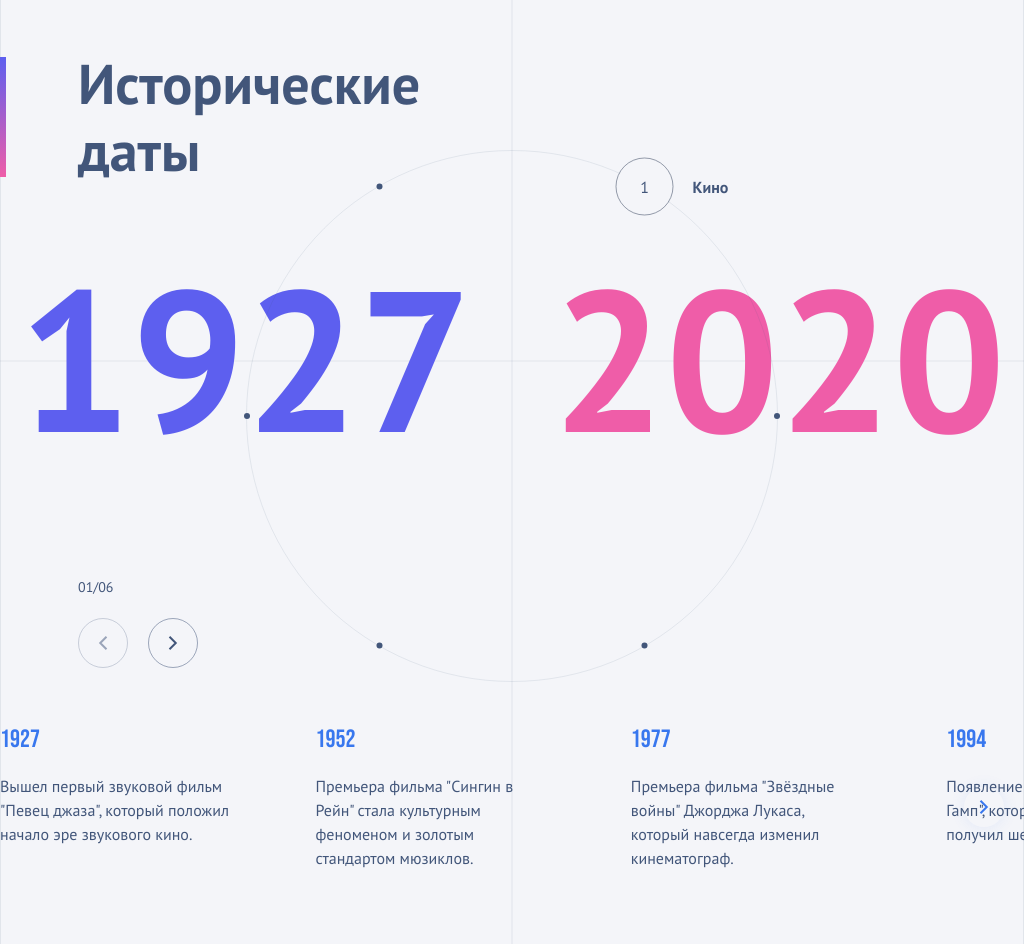
Repository: LenarTulupov/only
Page: /
An editor plug-in stored every save of this project. The page is shown before and after a run of saves, followed by the edit.
The browser window is 1024 px wide. The pictures show the whole page.
The project was rebuilt for these pictures with package versions that can differ from the ones it lists, and the page was loaded fresh each time.

Above is the page before, as saved 2024-12-18 15:14:32.

After the next 4 saves:
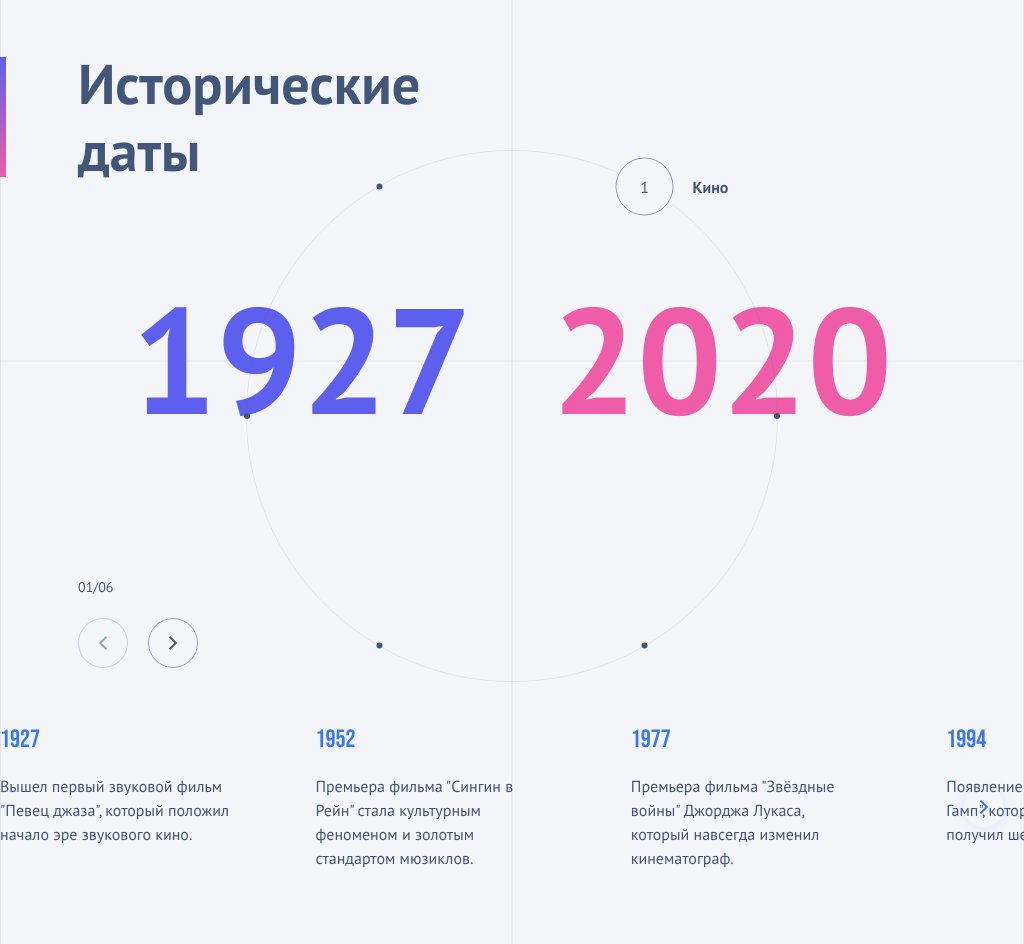
The 4 saves are shown as one change because they came seconds apart.
The last was saved 16 s later.
--- a/src/components/ui/title/title.module.scss
+++ b/src/components/ui/title/title.module.scss
@@ -39,6 +39,8 @@
 
   &__size-big {
     font-size: var(--font-size-big);
-
+    @media(max-width: 1200px) {
+      font-size: 150px;
+    }
   }
 }

After the save that followed:
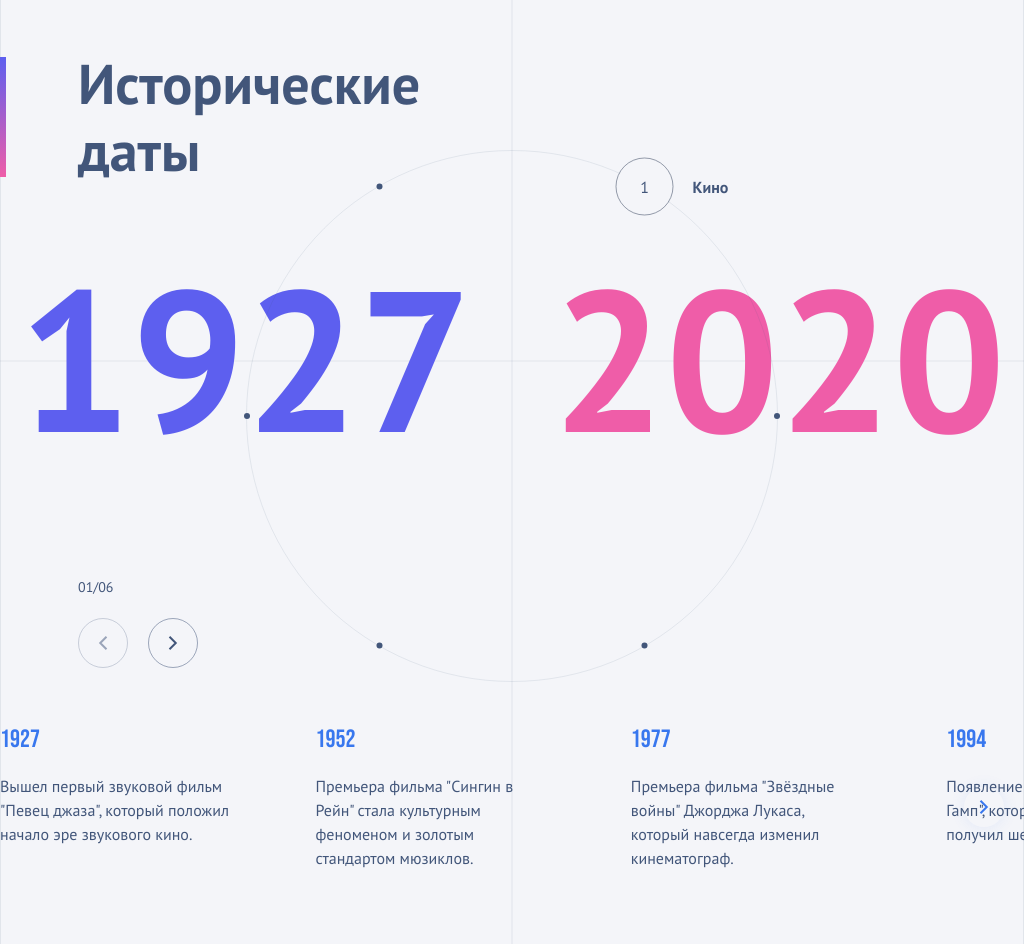
Saved 18 s later.
--- a/src/components/ui/title/title.module.scss
+++ b/src/components/ui/title/title.module.scss
@@ -39,8 +39,5 @@
 
   &__size-big {
     font-size: var(--font-size-big);
-    @media(max-width: 1200px) {
-      font-size: 150px;
-    }
   }
 }
